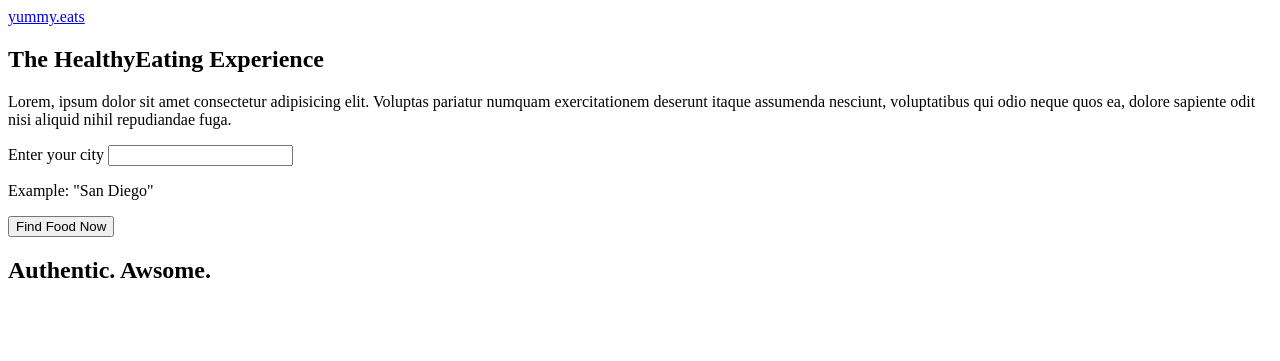
Repository: MansiLadkar/food_frontend
Page: index.html
The author's editor kept a copy of each file at every save. The page is drawn from the files as they stood at one save, then again after the next save.
The browser window is 1280 px wide. The pictures show the whole page.

Above is the page before, as saved 2023-01-13 13:30:02.

After the next save:
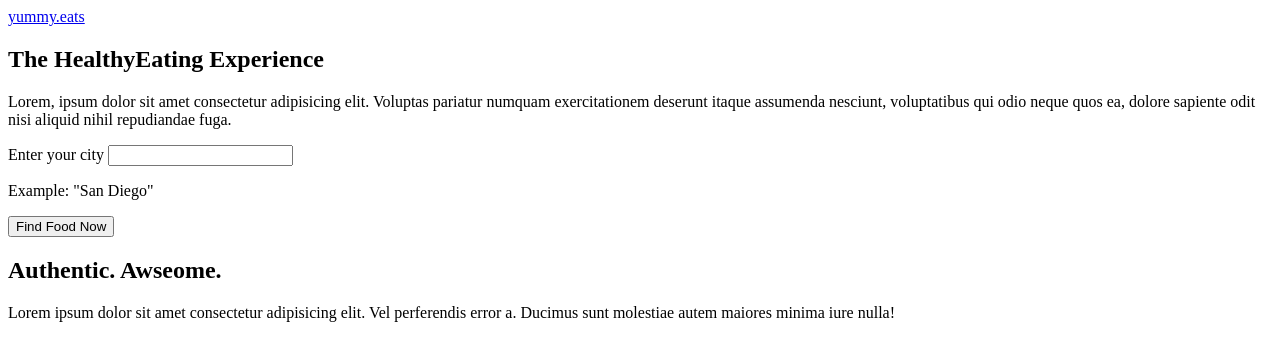
Saved 19 s later.
--- a/index.html
+++ b/index.html
@@ -34,7 +34,12 @@
     </div>
     <section class="authentic">
       <div class="right-col">
-        <h1>Authentic. Awsome.</h1>
+        <h1>Authentic. Awseome.</h1>
+        <p>
+          Lorem ipsum dolor sit amet consectetur adipisicing elit. Vel
+          perferendis error a. Ducimus sunt molestiae autem maiores minima iure
+          nulla!
+        </p>
       </div>
     </section>
   </body>
